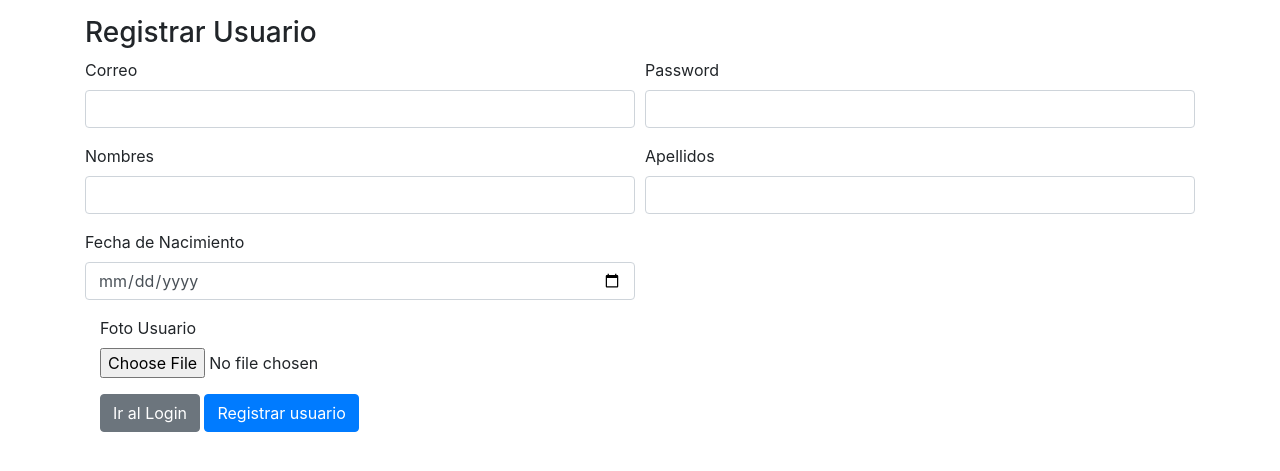
Repository: Alessander9/Examen-final-LP-2
Page: http://localhost/registrar_usuario
An editor plug-in stored every save of this project. The page is shown before and after the next save, followed by the edit.
The browser window is 1280 px wide. The pictures show the whole page.
The page is this project's Thymeleaf template; nobody is signed in. The template is opened directly, without the code that normally fills it, so the values that code supplies are empty.

Above is the page before, as saved 2024-10-24 08:13:02.

### ExamenFinalLP/src/main/resources/templates/registrar_usuario.html
<!doctype html>
<html lang="en">
<head>
    <!-- Required meta tags -->
    <meta charset="utf-8">
    <meta name="viewport" content="width=device-width, initial-scale=1, shrink-to-fit=no">

    <!-- Bootstrap CSS -->
    <link rel="stylesheet" href="https://cdn.jsdelivr.net/npm/bootstrap@4.6.2/dist/css/bootstrap.min.css" integrity="sha384-xOolHFLEh07PJGoPkLv1IbcEPTNtaed2xpHsD9ESMhqIYd0nLMwNLD69Npy4HI+N" crossorigin="anonymous">

    <title>Registrar Usuario</title>
</head>
<body>
    <div class="container">
        <div th:if="${registroCorrecto}" class="alert alert-success mt-4" role="alert">
            <span th:text="${registroCorrecto}"></span>
        </div>
        <h3 class="mt-3">Registrar Usuario</h3>
        <form th:action="@{/registrar_usuario}" method="post" th:object="${usuario}" enctype="multipart/form-data">

            <div class="form-row">
                <div class="col-md-6 mb-3">
                    <label for="validationCustom01">Correo</label>
                    <input th:field="*{correo}" type="email" class="form-control" id="validationCustom01" required>
                </div>
                <div class="col-md-6 mb-3">
                    <label for="validationCustom06">Password</label>
                    <input th:field="*{password}" type="password" class="form-control" id="validationCustom06" required>
                </div>
            </div>

            <div class="form-row">
                <div class="col-md-6 mb-3">
                    <label for="validationCustom02">Nombres</label>
                    <input th:field="*{nombre}" type="text" class="form-control" id="validationCustom02" required>
                </div>
                <div class="col-md-6 mb-3">
                    <label for="validationCustom03">Apellidos</label>
                    <input th:field="*{apellido}" type="text" class="form-control" id="validationCustom03" required>
                </div>
            </div>

            <div class="form-row">
                <div class="col-md-6 mb-3">
                    <label for="validationCustom04">Fecha de Nacimiento</label>
                    <input th:field="*{fechaNac}" type="date" class="form-control" id="validationCustom04" required>
                </div>
            </div>

            <div class="container">
                <label for="exampleFormControlFile1">Foto Usuario</label>
                <input name="foto" accept="image/*" type="file" class="form-control-file" id="exampleFormControlFile1" required>
            </div>

            <div class="container mt-3">
                <a class="btn btn-secondary" href="/login">Ir al Login</a>
                <button class="btn btn-primary" type="submit">Registrar usuario</button>
            </div>
        </form>
    </div>

    <script src="https://cdn.jsdelivr.net/npm/jquery@3.5.1/dist/jquery.slim.min.js" integrity="sha384-DfXdz2htPH0lsSSs5nCTpuj/zy4C+OGpamoFVy38MVBnE+IbbVYUew+OrCXaRkfj" crossorigin="anonymous"></script>
    <script src="https://cdn.jsdelivr.net/npm/bootstrap@4.6.2/dist/js/bootstrap.bundle.min.js" integrity="sha384-Fy6S3B9q64WdZWQUiU+q4/2Lc9npb8tCaSX9FK7E8HnRr0Jz8D6OP9dO5Vg3Q9ct" crossorigin="anonymous"></script>
</body>
</html>

After the next save:
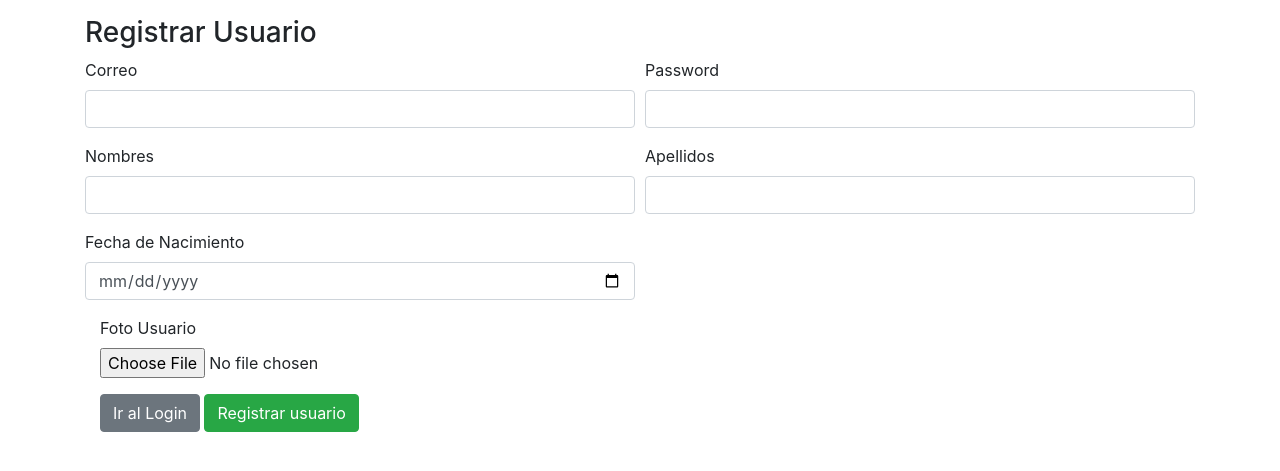
Saved 24 s later.
--- a/ExamenFinalLP/src/main/resources/templates/registrar_usuario.html
+++ b/ExamenFinalLP/src/main/resources/templates/registrar_usuario.html
@@ -54,7 +54,7 @@
 
             <div class="container mt-3">
                 <a class="btn btn-secondary" href="/login">Ir al Login</a>
-                <button class="btn btn-primary" type="submit">Registrar usuario</button>
+                <button class="btn btn-success" type="submit">Registrar usuario</button>
             </div>
         </form>
     </div>
